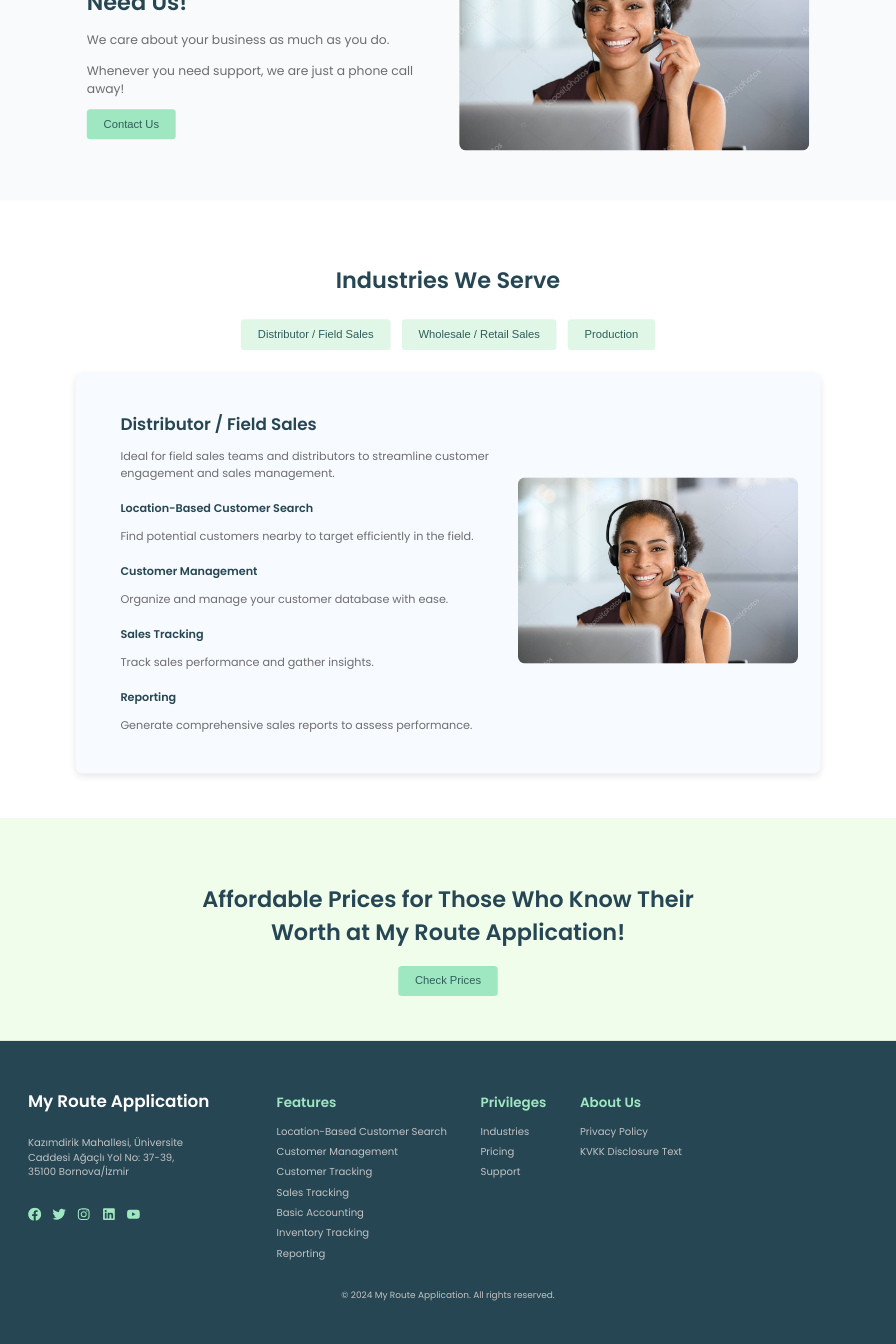
Repository: senolinanyasar/myrouteapplication
Page: /industries
The author's editor kept a copy of each file at every save. The page is drawn from the files as they stood at one save, then again after the next save.
The browser window is 1280 px wide. The pictures show the part of the page from y = 2360 to 4280 px (the page is 4280 px tall), at 70% of full size.
The project was rebuilt for these pictures with package versions that can differ from the ones it lists, and the page was loaded fresh each time. Also part of the build but not shown: vite.config.js.

Above is the page before, as saved 2024-11-15 18:02:08.

### src/index.css
@import url('https://fonts.googleapis.com/css2?family=Poppins:wght@400;600&display=swap');

body {
  font-family: 'Poppins', sans-serif;
  color: #264653;
  background-color: #f1faee;
  margin: 0;
  padding: 0;
  box-sizing: border-box;
}

code {
  font-family: source-code-pro, Menlo, Monaco, Consolas, 'Courier New',
    monospace;
}

### src/App.js
import React from 'react';
import HomePage from './components/HomePage';

function App() {
  return (
    <div className="App">
      <HomePage/>
    </div>
  );
}

export default App;

### src/components/HomePage.js
// HomePage.js
import React from 'react';
import TopBar from './TopBar';
import Header from './Header';
import HeroSection from './HeroSection';
import FeaturesSection from './FeaturesSection';
import PricingSection from './PricingSection';
import SupportSection from './SupportSection';
import IndustriesTab from './IndustriesTab';
import Footer from './Footer';

const HomePage = () => {
    return (
        <div>
            <TopBar />
            <Header />
            <HeroSection />
            <FeaturesSection />
            <SupportSection />
            <IndustriesTab />
            <PricingSection />
            <Footer />
        </div>
    );
};

export default HomePage;

### src/components/TopBar.js
// TopBar.js
import React from 'react';
import './TopBar.css';

const TopBar = () => {
    return (
        <div className="top-bar">
            <div className="top-bar-content">
                <span>Help</span>
                <span>0232 323 3223</span>
                <a href="#contact">Contact</a>
            </div>
        </div>
    );
};

export default TopBar;

### src/components/Header.js
// Header.js
import React from 'react';
import './Header.css';

const Header = () => {
    return(
        <header className="header">
            <div className="header-logo">logo</div>
            <nav className="header-nav">
                <a href="#features">Features</a>
                <a href="#industries">Industries</a>
                <a href="#pricing">Price</a>
                <a href="#about">About Us</a>
                <a href='#contact'>Contact</a>
            </nav>
            <div className="header-buttons">
                <button className="login-button">Sing in</button>
                <button className="register-button">Sing Up</button>
            </div>
        </header>
    );
};


export default Header;

### src/components/HeroSection.js
// HeroSection.js
import React from 'react';
import './HeroSection.css';
import herosectionimage from '../images/hero1.webp';

const HeroSection = () =>{
    return(
        <section className="hero">
            <div className='hero-content'>
                <div className='hero-text'>
                    <h2>Customer Finding and Account Management Application Coming from the Heart of Commerce</h2>
                    <p>Increase your sales by finding your customers quickly.</p>
                    <button className='cta-button'>Let's Get it</button>
                </div>
                <div className='hero-image'>
                    <img src={herosectionimage} alt="Hero"/>
                </div>
            </div>
        </section>
    );
};

export default HeroSection;

### src/components/FeaturesSection.js
// FeaturesSection.js
import React from 'react';
import './FeaturesSection.css';
import locationImage from '../images/location.jpg';

const FeaturesSection = () => {
    return (
        <section className="features-section">
            <h2 className='features-title'>Everything You Need <br /> in One Application</h2>
            <div className='feature'>
                <div className='feature-text'>
                    <h3>Finding customers is now very easy!</h3>
                    <p>Expand your market by quickly finding customers in the sector you sell to with our location finder plugin</p>

                <button className='cta-button'>Detail</button>
            </div>
            <div className='feature-image'>
            <img src={locationImage} alt="Location Feature" />
            </div>
            </div>

            <div className='feature'>
                <div className='feature-text'>
                    <h3>Finding customers is now very easy!</h3>
                    <p>Expand your market by quickly finding customers in the sector you sell to with our location finder plugin</p>

                <button className='cta-button'>Detail</button>
            </div>
            <div className='feature-image'>
            <img src={locationImage} alt="Location Feature" />
            </div>
            </div>
            <div className='feature'>
                <div className='feature-text'>
                    <h3>Finding customers is now very easy!</h3>
                    <p>Expand your market by quickly finding customers in the sector you sell to with our location finder plugin</p>

                <button className='cta-button'>Detail</button>
            </div>
            <div className='feature-image'>
            <img src={locationImage} alt="Location Feature" />
            </div>
            </div>
            <div className='feature'>
                <div className='feature-text'>
                    <h3>Finding customers is now very easy!</h3>
                    <p>Expand your market by quickly finding customers in the sector you sell to with our location finder plugin</p>

                <button className='cta-button'>Detail</button>
            </div>
            <div className='feature-image'>
            <img src={locationImage} alt="Location Feature" />
            </div>
            </div>
        </section>
    );
};

export default FeaturesSection;

### src/components/PricingSection.js
// PricingSection.js
import React from "react";
import './PricingSection.css';

const PricingSection = () => {
    return (
        <section className="pricin-section">
          <div className="price-content">
          <h2>Affordable Prices for Those Who Know Their Worth at My Route Application!</h2>
          <button className="cta-button">Check Prices</button>
          </div>
      </section>
    );
};

export default PricingSection;

### src/components/SupportSection.js
//SupportSection.js
import React from "react";
import './SupportSection.css';
import supportImage from '../images/supportimage.jpg';


const SupportSection = () =>{
    return (
        <section className="support-section">
            <div className="support-content">
                <div className="support-text">
                <h2>We're Here for You When You Need Us!</h2>
          <p>We care about your business as much as you do.</p>
          <p>Whenever you need support, we are just a phone call away!</p>
          <button className="cta-button">Contact Us</button>
                </div>
                <div className="support-image">
                <img src={supportImage} alt="Support Team" />
                </div>
            </div>
        </section>
    );
};

export default SupportSection;

### src/components/IndustriesTab.js
// IndustriesTab.js
import React, { useState } from "react";
import './IndustriesTab.css';
import distributorImage from '../images/supportimage.jpg'
import wholesaleImage from '../images/supportimage.jpg'
import productionImage from '../images/supportimage.jpg'




const industriesContent = {
    distributorFieldSales: {
        title: "Distributor / Field Sales",
        description: "Ideal for field sales teams and distributors to streamline customer engagement and sales management.",
        image: distributorImage,
        features: [
            { title: "Location-Based Customer Search", text: "Find potential customers nearby to target efficiently in the field." },
            { title: "Customer Management", text: "Organize and manage your customer database with ease." },
            { title: "Sales Tracking", text: "Track sales performance and gather insights." },
            { title: "Reporting", text: "Generate comprehensive sales reports to assess performance." }
        ]
    },
    wholesaleRetail: {
        title: "Wholesale / Retail Sales",
        description: "Designed for wholesale and retail businesses to manage inventory and customer interactions seamlessly.",
        image: wholesaleImage,
        features: [
            { title: "Customer Management", text: "Maintain customer profiles and track interactions." },
            { title: "Inventory Tracking", text: "Keep accurate inventory records and prevent stock issues." },
            { title: "Sales Tracking", text: "Monitor sales across retail and wholesale channels." },
            { title: "Basic Accounting", text: "Manage finances and transactions for better accounting." },
            { title: "Reporting", text: "Generate sales and stock reports to optimize operations." }
        ]

    },
    production: {
        title: "Production",
        description: "Perfect for manufacturing businesses to manage stock and production-related customer needs.",
        image: productionImage,
        features: [
            { title: "Inventory Tracking", text: "Track raw materials and finished goods efficiently." },
            { title: "Customer Management", text: "Organize customer details for efficient order processing." },
            { title: "Basic Accounting", text: "Handle finances and basic bookkeeping." },
            { title: "Reporting", text: "Generate production and sales reports for operational insights." }
        ]
    }
};


const IndustriesTab = () => {
    const [activeTab, setActiveTab] = useState("distributorFieldSales");
    const handleTabChange = (tab) => {
        setActiveTab(tab);
    };

    const { title, description, image, features } = industriesContent[activeTab];
    return (
        <section className="industries-tab">
            <h2 className="tabs-title">Industries We Serve</h2>
            <div className="tabs-buttons">
                <button onClick={() => handleTabChange("distributorFieldSales")}>Distributor / Field Sales</button>
                <button onClick={() => handleTabChange("wholesaleRetail")}>Wholesale / Retail Sales</button>
                <button onClick={() => handleTabChange("production")}>Production</button>
            </div>
            <div className="tabs-content">
                <div className="tabs-text">
                    <h3>{title}</h3>
                    <p>{description}</p>
                    {features.map((feature,index)=> (
                        <div key={index} className="tabs-feature">
                            <strong>{feature.title}</strong>
                            <p>{feature.text}</p>
                            </div>
                    ))}
                </div>
                <div className="tabs-image">
                    <img src={image} alt={title}/>
                </div>
            </div>
        </section>
    );
};

export default IndustriesTab;

### src/components/Footer.js
// Footer.js

import React from 'react';
import './Footer.css';
import { FaFacebook, FaInstagram, FaLinkedin, FaTwitter, FaYoutube } from 'react-icons/fa';

const Footer = () => {
    return (
        <footer className="footer">
            <div className='footer-content'>
                <div className='footer-left'>
                    <div className='footer-logo'>
                        <h2>My Route Application</h2>
                    </div>
                    <p>Kazımdirik Mahallesi, Üniversite <br />Caddesi Ağaçlı Yol No: 37-39, <br />35100 Bornova/İzmir</p>
                    <div className='social-icons'>
                        <FaFacebook />
                        <FaTwitter />
                        <FaInstagram />
                        <FaLinkedin />
                        <FaYoutube />
                    </div>
                </div>

                <div className="footer-right">
                <br/><br/><br/><br/>
                    <div className='footer-section'>
                        <h4>Features</h4>
                        <ul>
                            <li>Location-Based Customer Search</li>
                            <li>Customer Management</li>
                            <li>Customer Tracking</li>
                            <li>Sales Tracking</li>
                            <li>Basic Accounting</li>
                            <li>Inventory Tracking</li>
                            <li>Reporting</li>
                        </ul>
                    </div>

                    <div className="footer-section">
                        <h4>Privileges</h4>
                        <ul>
                            <li>Industries</li>
                            <li>Pricing</li>
                            <li>Support</li>
                        </ul>
                    </div>

                    <div className="footer-section">
                        <h4>About Us</h4>
                        <ul>
                            <li>Privacy Policy</li>
                            <li>KVKK Disclosure Text</li>
                        </ul>
                    </div>
                </div>
            </div>

            <div className="footer-bottom">
                <p>&copy; 2024 My Route Application. All rights reserved.</p>
            </div>
        </footer>
    );
};

export default Footer;

### src/components/TopBar.css
/* TopBar.css */

.top-bar {
    background-color: #2f5d5b;
    color: white;
    padding: 0.5rem;
    font-size: 0.9rem;
    display: flex;
    justify-content: center;
    position: fixed;
    top: 0;
    width: 99%;
    z-index: 1000;
}
.top-bar-content {
    display: flex;
    gap: 1rem;
    align-items: center;
    justify-content: flex-end;
    width: 100%;
}

.top-bar-content span{
    color: #ffffff;
}
.top-bar-content a{
    color: #9fe7c0;
    text-decoration: none;
    transition: color 0.3s;
}

.top-bar-content a:hover{
    color: #c3f2d0;
}

### src/components/Header.css
/* Header.css */
.header{
    display: flex;
    justify-content: space-between;
    align-items: center;
    padding: 1rem 2rem;
    background-color: #2f5d5b;
    color: white;
    margin-top: 2rem;
    position: sticky;
    top: 2rem;
    z-index: 999;
}


.header-logo {
    font-size: 1.5rem;
    font-weight: bold;
}
.header-nav a{
    margin: 0 1rem;
    color: white;
    text-decoration: none;
}
.header-nav a:hover {
    color: #e9c46a;
  }

.header-buttons button{
    margin-left: 1rem;
    padding: 0.5rem 1rem;
    border: none;
    border-radius: 5px;
}

.login-button{
    background-color: #2f5d5b;
    color: white;
}

.register-button{
    background-color: #9fe7c0;
    color: black;
}

### src/components/HeroSection.css
.hero {
    padding: 4rem 2rem;
    background-color: #2f5d5b;
    color: white;

}

.hero-content {
    display: flex;
    align-items: center;
    justify-content: space-between;
    max-width: 1000px;
    margin: 0 auto;
}

.hero-text {
    flex: 1;
    margin-right: 2rem;
}

.hero h2 {
    font-size: 2.5rem;
    margin-bottom: 1rem;

}

.hero p {
    font-size: 1.2rem;
    margin-bottom: 2rem;

}

.cta-button {
    padding: 0.8rem 1.5rem;
    font-size: 1rem;
    color: #2f5d5b;
    background-color: #9fe7c0;
    border: none;
    border-radius: 5px;
    cursor: pointer;
    transition: background-color 0.3s ease;
}

.cta-button:hover {
    background-color: #c3f2d0;
}

.hero-image {
    flex: 1;
    max-width: 500px;
    height: auto;

}

.hero-image img {
    width: 100%;
    height: auto;
    object-fit: cover;
    border-radius: 10px;
}

### src/components/FeaturesSection.css
/* FeaturesSection.css */
.features-section {
    padding: 4rem 2rem;
    text-align: center;
}

.features-title {
    font-size: 2rem;
    font-weight: 600;
    color: #264653;
    margin-bottom: 3rem;
    line-height: 1.2;
}



.feature {
    display: flex;
    align-items: center;
    justify-content: center;
    gap: 2rem;
    margin-bottom: 4rem;
    flex-direction: row;
}

.feature:nth-child(even) {
    flex-direction: row-reverse;
}

.feature-text {
    flex: 1;
    max-width: 500px;
    text-align: left;
}

.features h3 {
    font-size: 1.8rem;
    font-weight: 600;
    color: #264653;
    margin-bottom: 1rem;
}

.feature-text p {
    font-size: 1.1rem;
    color: #6d6d6d;
    margin-bottom: 1.5rem;
}

.cta-button {
    padding: 0.8rem 1.5rem;
    font-size: 1rem;
    color: #2f5d5b;
    background-color: #9fe7c0;
    border: none;
    border-radius: 5px;
    cursor: pointer;
    transition: background-color 0.3s ease;
    text-align: center;
}

.cta-button:hover {
    background-color: #c3f2d0;
}

.feature-image {
    flex: 1;
    max-width: 400px;
    height: auto;
}

.feature-image img {
    width: 100%;
    height: auto;
    object-fit: cover;
    border-radius: 10px;
}

### src/components/PricingSection.css
/* PricingSection.css */

.pricin-section{
    background-color: #f0fdeb;
    padding: 4rem 2rem;
    text-align: center;
}
.price-content{
    max-width: 800px;
    margin:  0 auto;
}

.price-content h2{
    font-size: 2rem;
    font-weight: 600;
    color: #264653;
    margin-bottom: 1.5rem;
}

.cta-button {
    padding: 0.8rem 1.5rem;
    font-size: 1rem;
    color: #2f5d5b;
    background-color: #9fe7c0;
    border: none;
    border-radius: 5px;
    cursor: pointer;
    transition: background-color 0.3s ease;
  }

  .cta-button:hover {
    background-color: #c3f2d0;
  }

### src/components/SupportSection.css
/*SupportSection.css */
.support-section{
    background-color: #f9fafb;
    padding: 4rem 2rem;
    display: flex;
    justify-content: center;
    align-items: center;
}

.support-content{
    display: flex;
    align-items: center;
    justify-content: space-between;
    max-width: 1200px;
    gap: 2rem;
}

.support-text{
    flex: 1;
    max-width: 500px;
    text-align: left;
}
.support-text h2{
    font-size: 2rem;
    color: #264653;
    margin-bottom: 1rem;
}

.support-text p {
    font-size: 1.1rem;
    color: #6d6d6d;
    margin-bottom: 1rem;
  }

  .cta-button {
    padding: 0.8rem 1.5rem;
    font-size: 1rem;
    color: #2f5d5b;
    background-color: #9fe7c0;
    border: none;
    border-radius: 5px;
    cursor: pointer;
    transition: background-color 0.3s ease;
  }

  .cta-button:hover {
    background-color: #c3f2d0;
  }

  .support-image {
    flex: 1;
    max-width: 500px;
  }

  .support-image img {
    width: 100%;
    height: auto;
    object-fit: cover;
    border-radius: 10px;
  }

### src/components/IndustriesTab.css
/*IndustriesTab */

.industries-tab{
    background-color: #ffffff;
    padding: 4rem 2rem;
    text-align: center;
}

.tabs-title{
    font-size: 2rem;
    font-weight: 600;
    color: #264653;
    margin-bottom: 2rem;
}

.tabs-buttons{
    display: flex;
    justify-content: center;
    gap: 1rem;
    margin-bottom: 2rem;
}

.tabs-buttons button{
    padding: 0.8rem 1.5rem;
    font-size: 1rem;
    color: #2f5d5b;
    background-color: #e0f7e7;
    border: none;
    border-radius: 5px;
    cursor: pointer;
    transition: background-color 0.3s ease;
}

.tabs-buttons button:hover,
.tabs-buttons button:focus{
    background-color: #9fe7c0;
}

.tabs-content{
    display: flex;
    justify-content: space-around;
    align-items: center;
    background-color: #f7faff;
    padding: 2rem;
    border-radius: 10px;
    box-shadow: 0 4px 10px rgba(0, 0, 0, 0.1);
    max-width: 1000px;
    margin:  0 auto;
}

.tabs-text {
    flex: 1;
    text-align: left;
    padding-left: 2rem;
}

.tabs-text h3 {
    font-size: 1.5rem;
    color: #264653;
    margin-bottom: 1rem;
}
.tabs-text p {
    color: #6d6d6d;
    margin-bottom: 1.5rem;
}

.tabs-feature{
    margin-bottom: 1rem;
}

.tabs-feature strong {
    display: block;
    color: #264653;
    margin-bottom: 0.3rem;
}

.tabs-image{
    flex: 1;
    max-width: 400px;
}

.tabs-image img{
    width: 100%;
    height: auto;
    border-radius: 10px;
    object-fit: cover;
}

### src/components/Footer.css
/* Footer.css */

.footer {
    background-color: #264653;
    color: #ffffff;
    padding: 3rem 2rem;
}
.footer-content{
    display: flex;
    max-width: 1200px;
    justify-content: space-around;
    margin: 0 auto;
}

.footerleft{
    flex: 1;
    max-width: 300px;
}

.footer-logo h2{
    font-size: 1.5rem;
    color: #ffffff;
    margin-bottom: 2rem;
}


.footer-left p{
    color: #c3c3c3;
    font-size: 0.9rem;
    margin-bottom: 2.5rem;
}

.social-icons{
    display: flex;
    gap: 1rem;
    font-size: 1.2rem;
}


.social-icons svg{
    color: #9fe7c0;
    cursor: pointer;
    transition: color 0.3s ease;
}
.social-icons svg:hover {
    color: #c3f2d0;
}

.footer-right{
    display: flex;
    gap: 3rem;
    flex: 2;
    margin-left: 3rem;
}

.footer-section{
    text-align: left;
}
.footer-section h4{
    font-size: 1.2rem;
    color: #9fe7c0;
    margin-bottom: 1rem;
}
.footer-section ul{
    list-style: none;
    padding: 0;
    margin: 0;
}

.footer-section ul li{
    font-size: 0.9rem;
    margin-bottom: 0.5rem;
    color: #c3c3c3;
    cursor: pointer;
    transition: color 0.3s ease;
}

.footer-sectionul li:hover{
    color: #ffffff;
}

.footer-bottom{
    text-align: center;
    font-size: 0.8rem;
    color: #c3c3c3;
    margin-top: 2rem;
}

Loaded but not shown: public/index.html (common file); src/index.js (common file); src/reportWebVitals.js (common file)

After the next save:
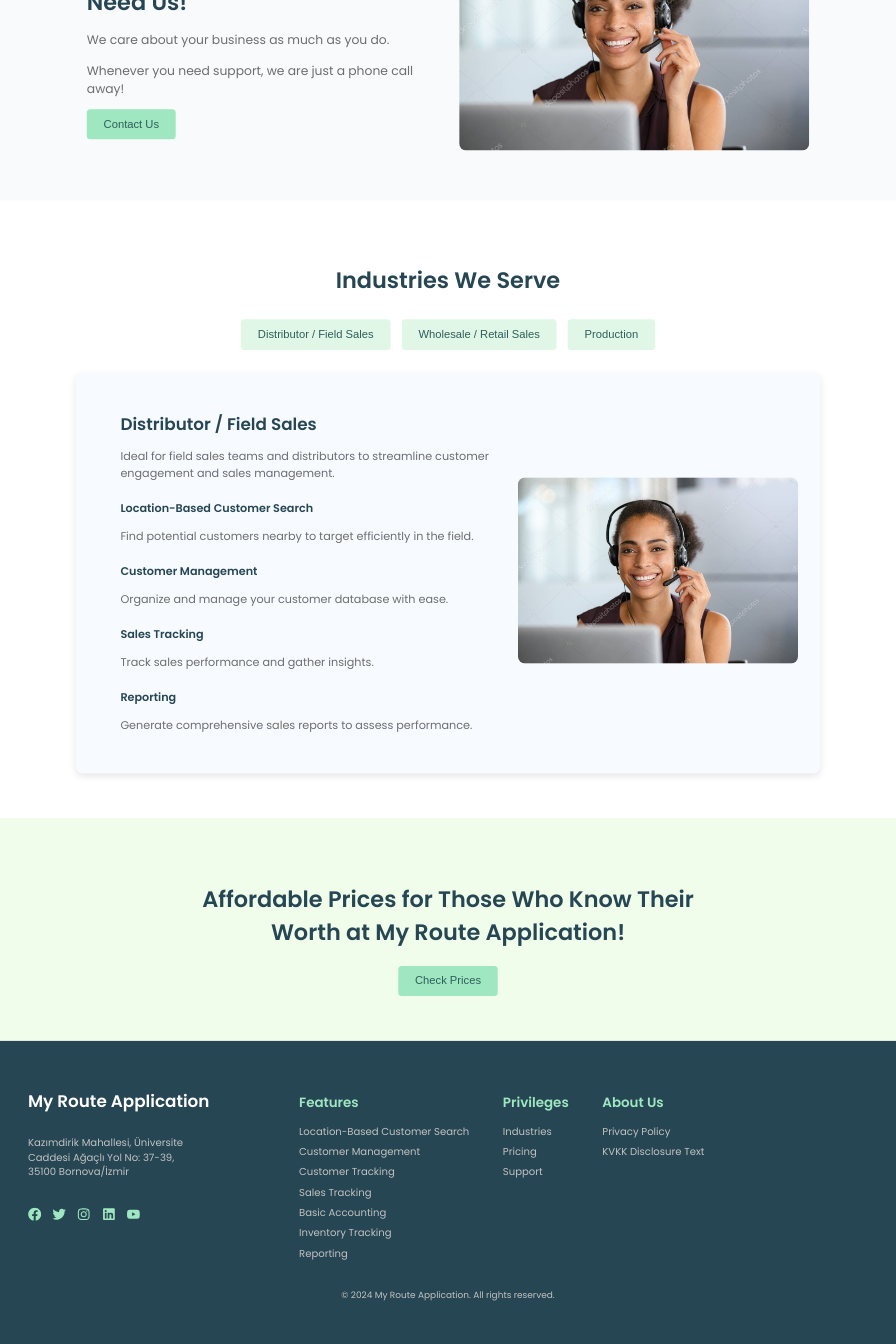
Saved 8 s later.
--- a/src/components/Footer.css
+++ b/src/components/Footer.css
@@ -50,7 +50,7 @@
     display: flex;
     gap: 3rem;
     flex: 2;
-    margin-left: 3rem;
+    margin-left: 5rem;
 }
 
 .footer-section{
